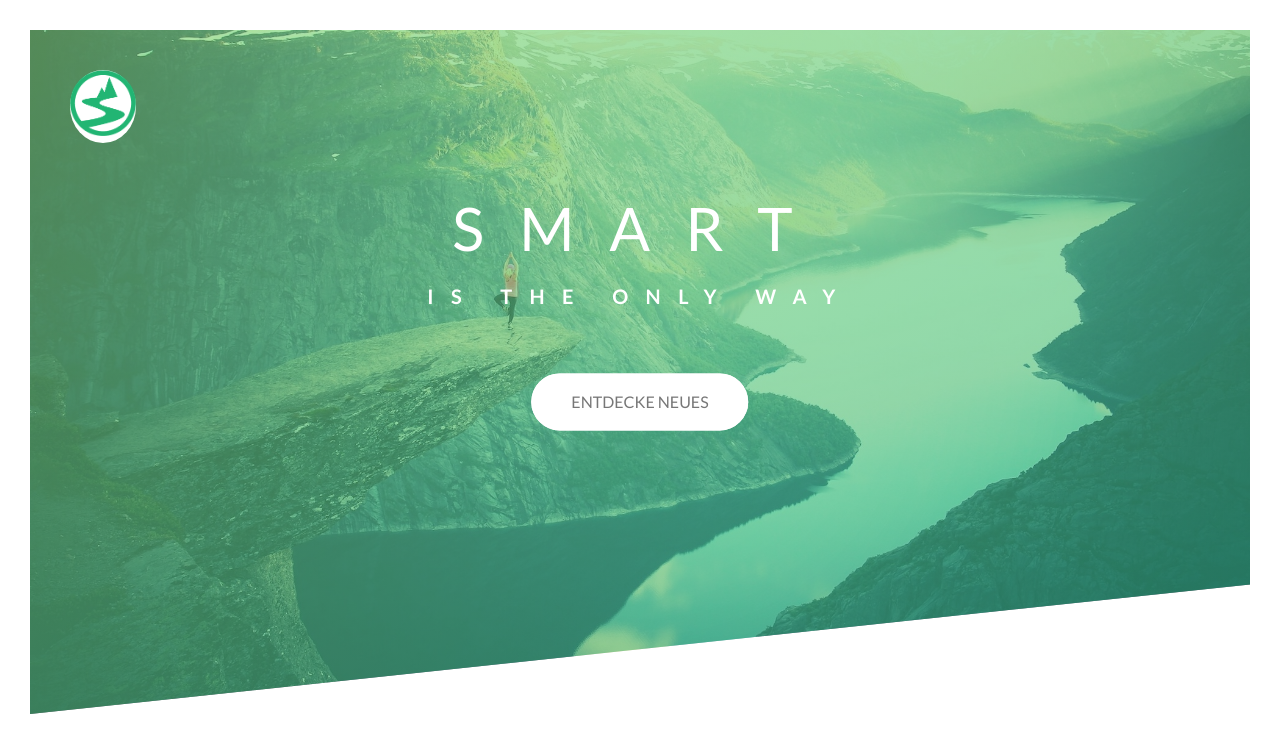
Repository: mukiSabljakovic/NatoursV1
Page: index.html
An editor plug-in stored every save of this project. The page is shown before and after the next save, followed by the edit.
The browser window is 1280 px wide. The pictures show the whole page.
Some web libraries are served in a nearby version.

Above is the page before, as saved 2020-05-11 16:32:41.

After the next save:
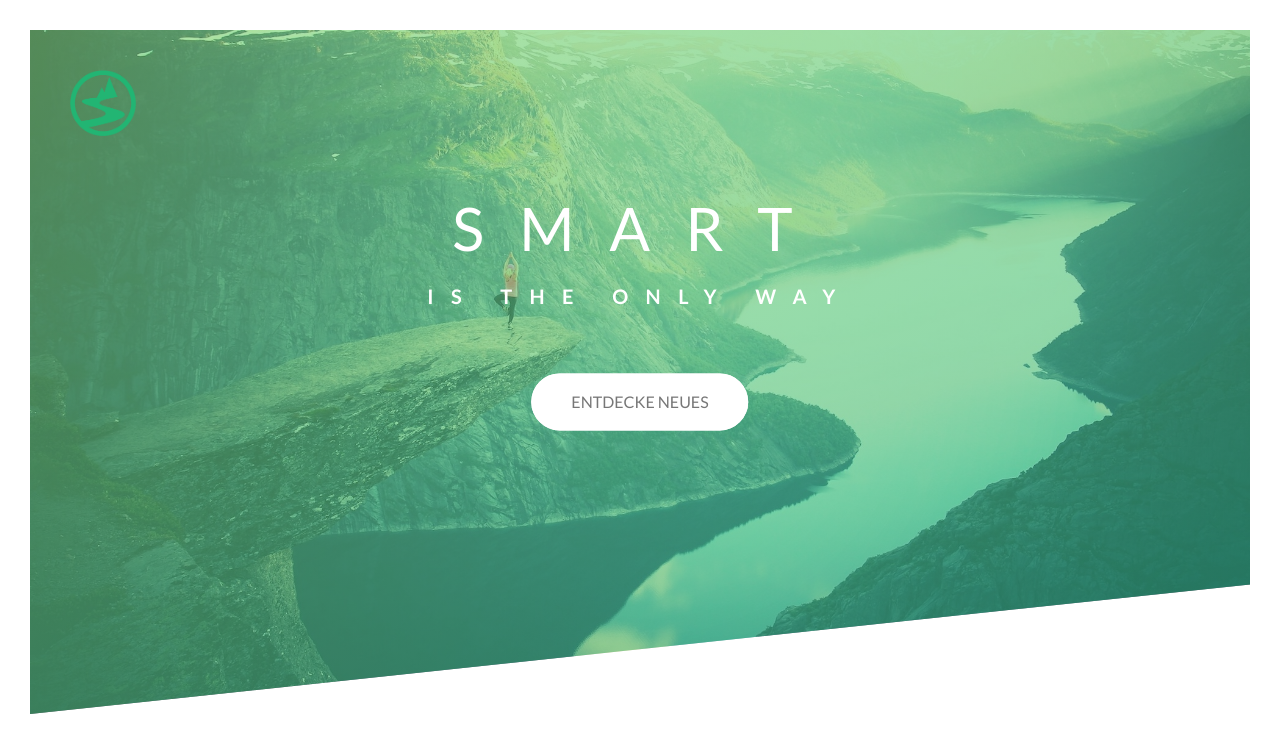
Saved 11 s later.
--- a/css/style.css
+++ b/css/style.css
@@ -47,11 +47,11 @@
     left: 40px;
     background: white;
     border-radius: 100%;
-    text-align: center;
 }
 
 .logo {
     height: 66px;
+    position: absolute;
 
 }
 

After the 5 saves that followed:
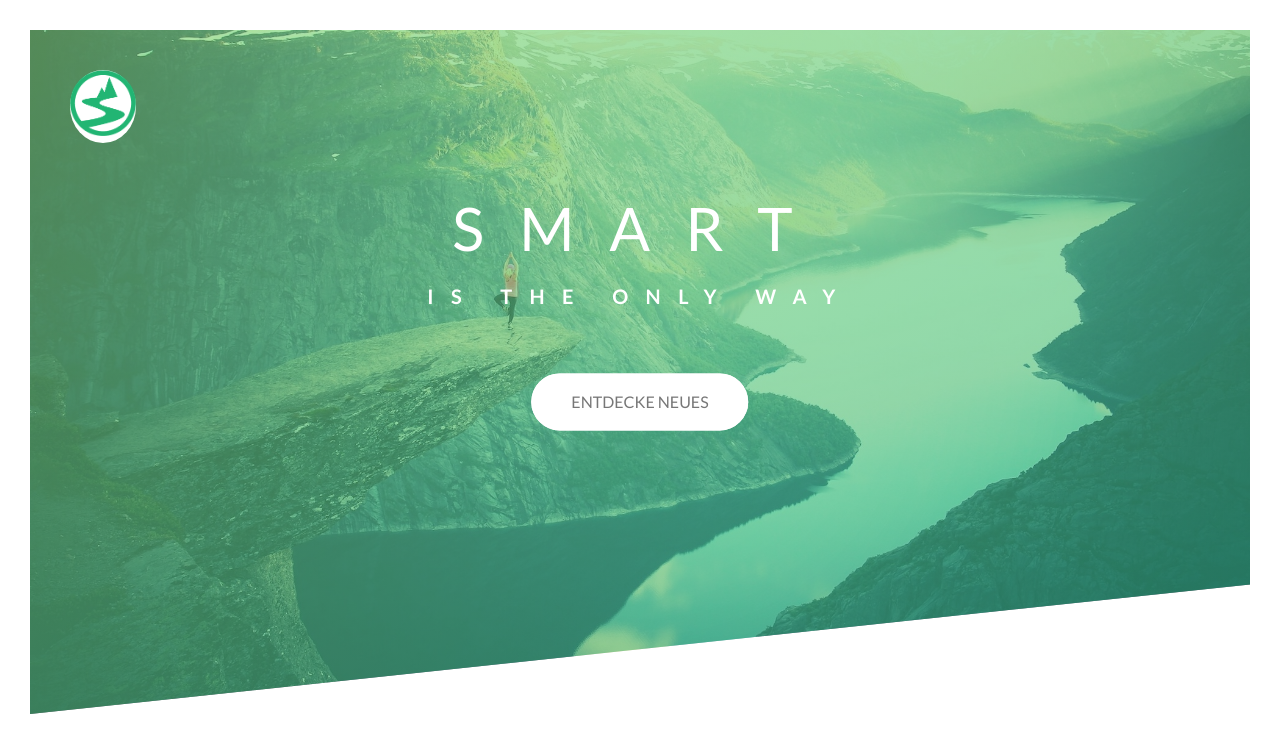
The 5 saves are shown as one change because 3 left the picture as it was and some came seconds apart.
The last was saved 26 s later.
--- a/css/style.css
+++ b/css/style.css
@@ -51,8 +51,6 @@
 
 .logo {
     height: 66px;
-    position: absolute;
-
 }
 
 .text-box {
